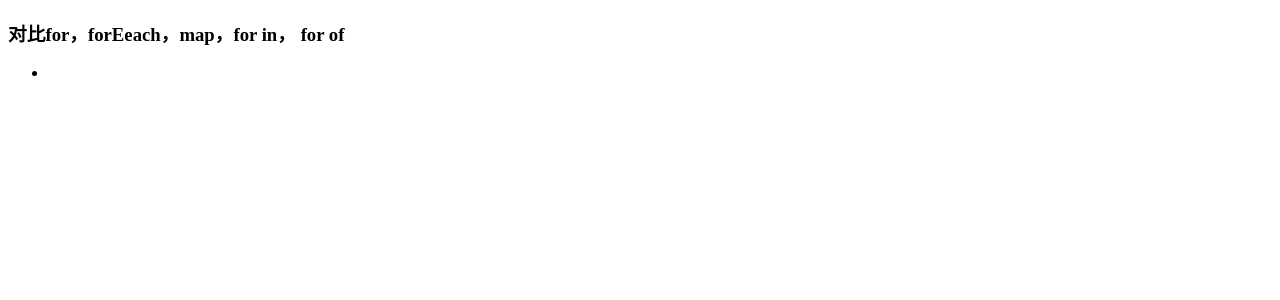
Repository: angularning/nodeProject
Page: partice-learn/JavaScript八股文/日常练习文件夹/循环的理解.html
These files come from the project's save history. The page is drawn as it stood at one moment and after a run of saves; the edit follows.
The browser window is 1280 px wide. The pictures show the whole page.

Above is the page before, as saved 2022-06-19 13:59:32.

After the next 4 saves:
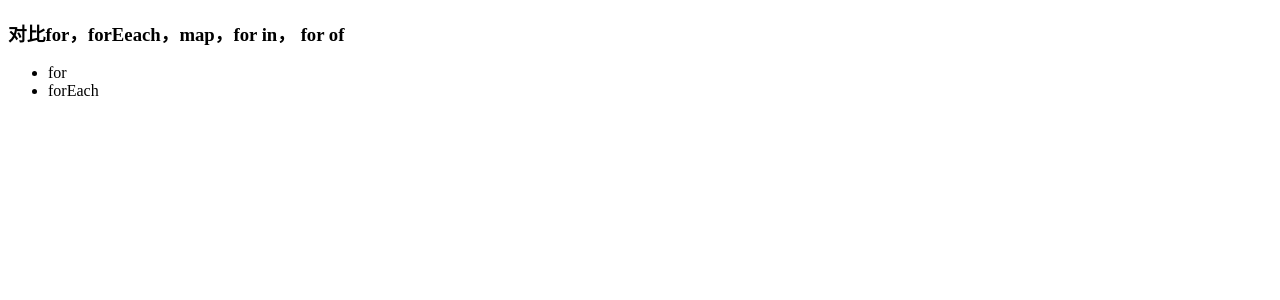
The 4 saves are shown as one change because they came seconds apart.
The last was saved 14 s later.
--- a/partice-learn/JavaScript八股文/日常练习文件夹/循环的理解.html
+++ b/partice-learn/JavaScript八股文/日常练习文件夹/循环的理解.html
@@ -9,7 +9,11 @@
 <body>
     <h3>对比for，forEeach，map，for in， for of</h3>
     <ul>
-        <li></li>
+        <li>for</li>
+        <li>forEach</li>
     </ul>
 </body>
 </html>
+<script>
+
+</script>
